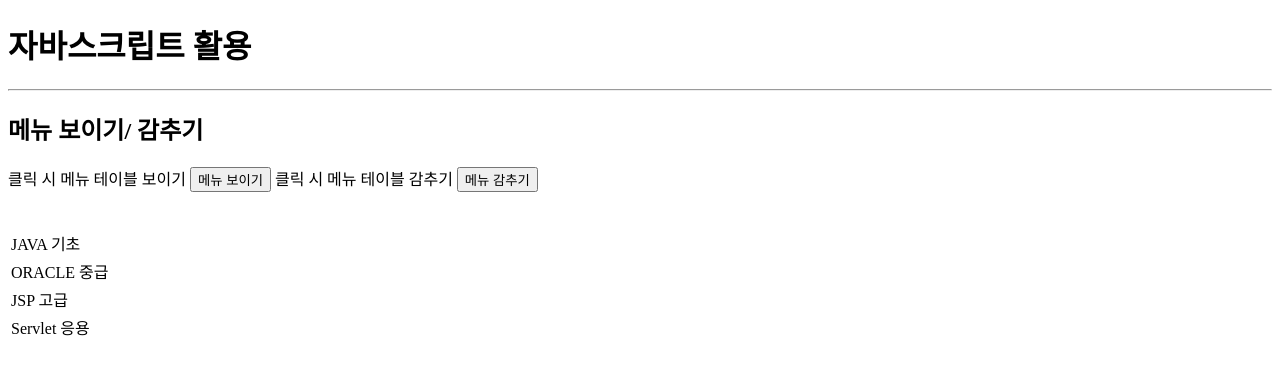
Repository: lolsoyeon/WebStudy
Page: WebApp03/WebContent/Test033.html
These files come from the project's save history. The page is drawn as it stood at one moment and after the next save; the edit follows.
The browser window is 1280 px wide. The pictures show the whole page.

Above is the page before, as saved 2022-10-06 07:04:10.

### WebApp03/WebContent/Test033.html
<!DOCTYPE html>
<html>
<head>
<meta charset="UTF-8">
<title>Test033.html</title>
</head>
<body>

<div>
	<h1>자바스크립트 활용</h1>
	<hr>
</div>

<div>
	<h2>메뉴 보이기/ 감추기</h2>

	<div>
		<form>
			클릭 시 메뉴 테이블 보이기
			<input type="button" value="메뉴 보이기">

			클릭 시 메뉴 테이블 감추기
			<input type="button" value="메뉴 감추기">
		</form>
	</div>
	<br><br>

	<div id="menuTable">
		<table>
			<tr>
				<td>JAVA 기초</td>
			</tr>

			<tr>
				<td>ORACLE 중급</td>
			</tr>

			<tr>
				<td>JSP 고급</td>
			</tr>

			<tr>
				<td>Servlet 응용</td>
			</tr>
		</table>
	</div>

</div>

</body>
</html>

After the next save:
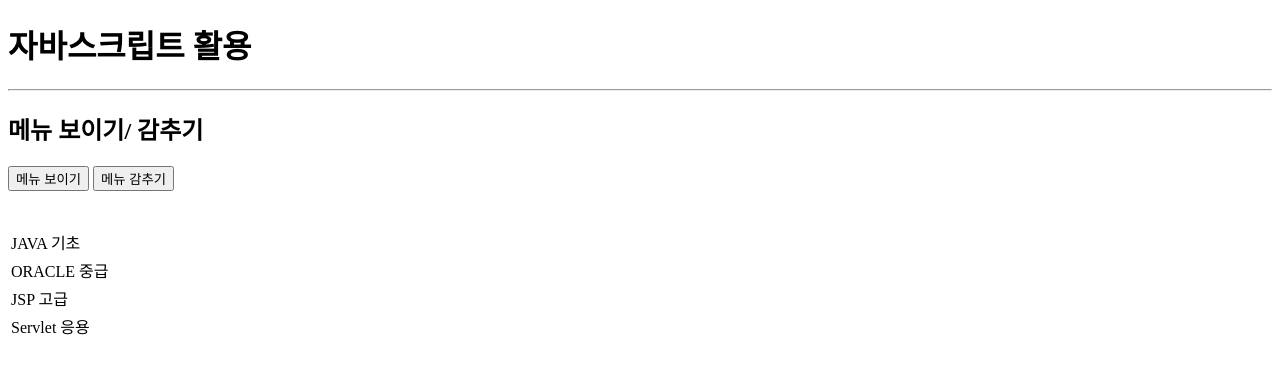
Saved 27 s later.
--- a/WebApp03/WebContent/Test033.html
+++ b/WebApp03/WebContent/Test033.html
@@ -16,10 +16,10 @@
 
 	<div>
 		<form>
-			클릭 시 메뉴 테이블 보이기
+<!-- 			클릭 시 메뉴 테이블 보이기 -->
 			<input type="button" value="메뉴 보이기">
 
-			클릭 시 메뉴 테이블 감추기
+<!-- 			클릭 시 메뉴 테이블 감추기 -->
 			<input type="button" value="메뉴 감추기">
 		</form>
 	</div>
